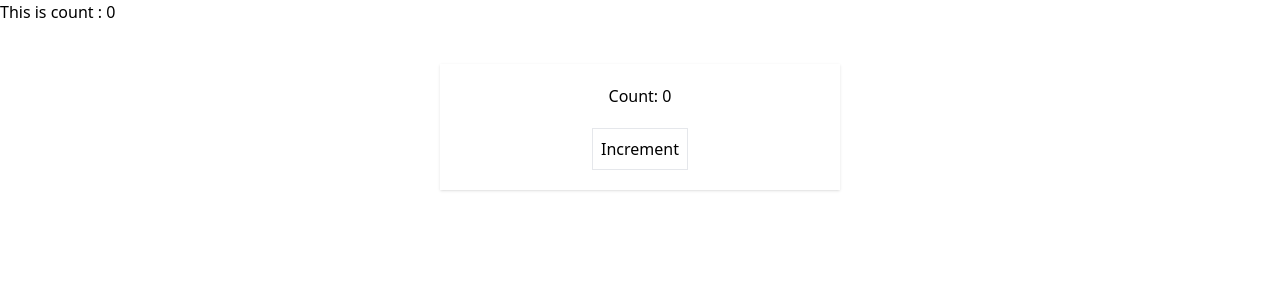
Repository: hoang0508/Learn-Redux-Evon
Page: /
An editor plug-in stored every save of this project. The page is shown before and after the next save, followed by the edit.
The browser window is 1280 px wide. The pictures show the whole page.
The project was rebuilt for these pictures with package versions that can differ from the ones it lists, and the page was loaded fresh each time. Also part of the build but not shown: src/App.css.

Above is the page before, as saved 2022-06-16 09:50:41.

### src/index.js
import React from "react";
import { createRoot } from "react-dom/client";
import App from "./App";
import reportWebVitals from "./reportWebVitals";
import "./index.css";
import { Provider } from "react-redux";
import store from "./redux/configureStore";

const container = document.getElementById("root");
const root = createRoot(container);

root.render(
  <React.StrictMode>
    <Provider store={store}>
      <App />
    </Provider>
  </React.StrictMode>
);

// If you want to start measuring performance in your app, pass a function
// to log results (for example: reportWebVitals(console.log))
// or send to an analytics endpoint. Learn more: https://bit.ly/CRA-vitals
reportWebVitals();

### src/App.js
import React, { useState } from "react";
import { useSelector } from "react-redux";
import "./App.css";
import Counter from "./components/Counter";

function App() {
  const count = useSelector((state) => state.counter.count);
  return (
    <>
      <h2>This is count : {count}</h2>
      <Counter />
    </>
  );
}

export default App;

### src/redux/configureStore.js
import { createStore, combineReducers } from "redux";
import counterReducer from "./counter";

const reducer = combineReducers({
  // key: value
  counter: counterReducer,
});

const store = createStore(reducer);
export default store;

### src/components/Counter.js
import React from "react";
import { useDispatch, useSelector } from "react-redux";
import { decrement, increment } from "../redux/counter";

const Counter = (props) => {
  const count = useSelector((state) => state.counter.count);
  const dispatch = useDispatch();
  const handleIncrement = () => {
    // setCount(() => count + 1);
    dispatch(increment());
  };
  const handleDecrement = () => {
    // setCount(() => count - 1);
    dispatch(decrement());
  };
  return (
    <div className="flex flex-col items-center p-5 bg-white shadow w-[400px] mx-auto mt-10">
      <h2 className="mb-5">Count: {count}</h2>
      <div className="flex justify-center items-center gap-x-5">
        <button
          className="inline-block border-gray-200 p-2 border"
          onClick={handleIncrement}
        >
          Increment
        </button>
        {/* <button
          className="inline-block border-gray-200 p-2 border"
          onClick={decrement}
        >
          Decrement
        </button> */}
      </div>
    </div>
  );
};

export default Counter;

### src/redux/counter.js
const INCREMENT = "increment";
const DECREMENT = "decrement";

const initialState = {
  count: 0,
};

export const increment = () => ({
  type: INCREMENT,
});

export const decrement = () => ({
  type: DECREMENT,
});

function counterReducer(state = initialState, action) {
  switch (action.type) {
    case INCREMENT:
      return {
        ...state,
        count: state.count + 1,
      };

    case DECREMENT:
      return {
        ...state,
        count: state.count - 1,
      };

    default:
      return state;
  }
}

export default counterReducer;

Loaded but not shown: public/index.html (common file); src/reportWebVitals.js (common file); src/index.css (common file); tailwind.config.js (common file)

After the next save:
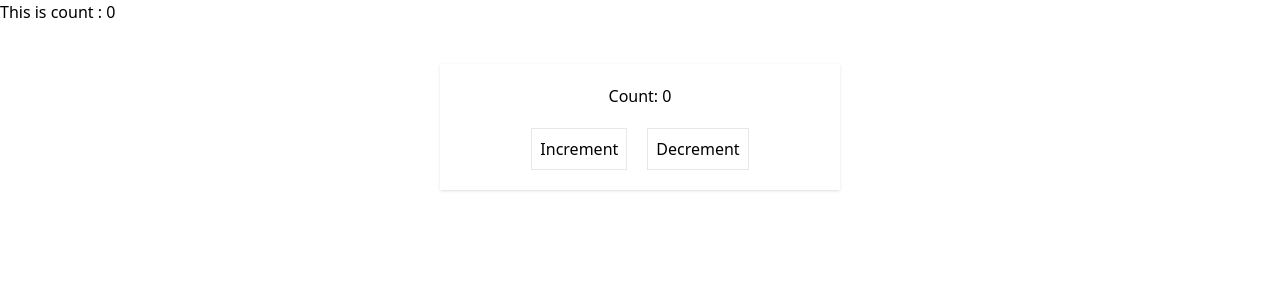
Saved 8 s later.
--- a/src/components/Counter.js
+++ b/src/components/Counter.js
@@ -23,12 +23,12 @@ const Counter = (props) => {
         >
           Increment
         </button>
-        {/* <button
+        <button
           className="inline-block border-gray-200 p-2 border"
-          onClick={decrement}
+          onClick={handleDecrement}
         >
           Decrement
-        </button> */}
+        </button>
       </div>
     </div>
   );
